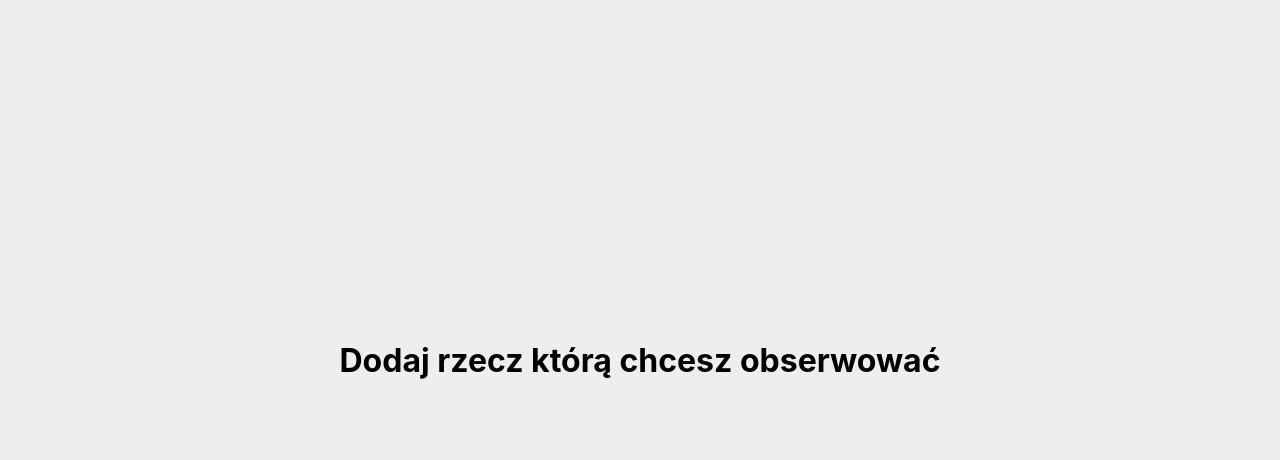
Repository: matedoo/crawler
Page: /MainApp
An editor plug-in stored every save of this project. The page is shown before and after the next save, followed by the edit.
The browser window is 1280 px wide. The pictures show the whole page.
The project was rebuilt for these pictures with package versions that can differ from the ones it lists, and the page was loaded fresh each time. Also part of the build but not shown: src/Components/button.js, src/Components/LoginComponents/LoginApp.js, src/Components/LoginComponents/RegisterApp.js, src/Components/btnContainer.js, src/Components/heading.js, src/Components/LoginComponents/StartApp.js.

Above is the page before, as saved 2020-04-19 18:03:13.

After the next save:
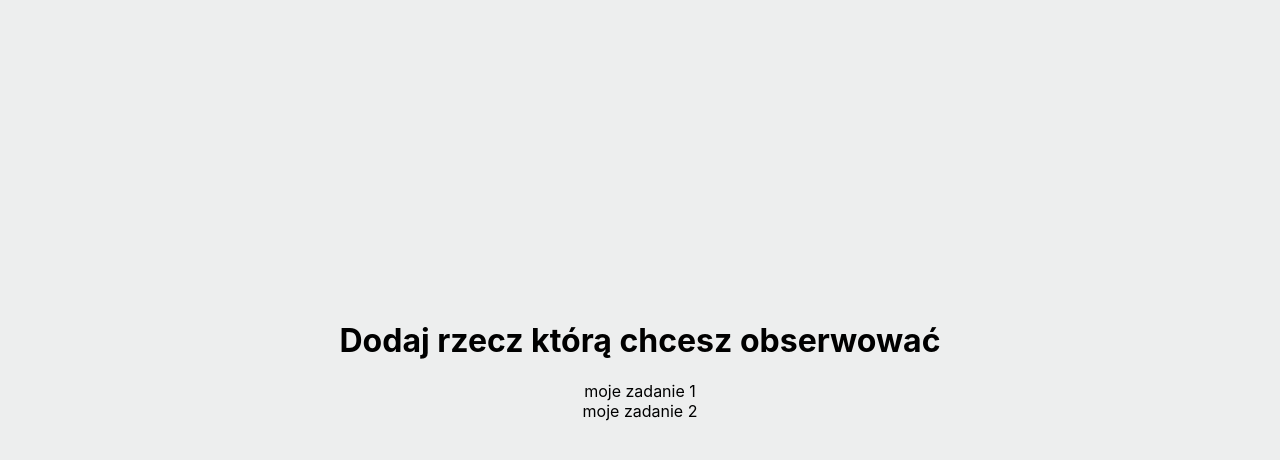
Saved 24 s later.
--- a/src/Components/MainApp/MainApp.js
+++ b/src/Components/MainApp/MainApp.js
@@ -10,8 +10,8 @@ function MainApp(props) {
     return (
       <LoginAppStyled>
         <h1>Dodaj rzecz którą chcesz obserwować</h1>
-        {elementsList.map(() => (
-          <MainAppElement />
+        {elementsList.map((element) => (
+          <MainAppElement element={element} />
         ))}
 
       </LoginAppStyled>
